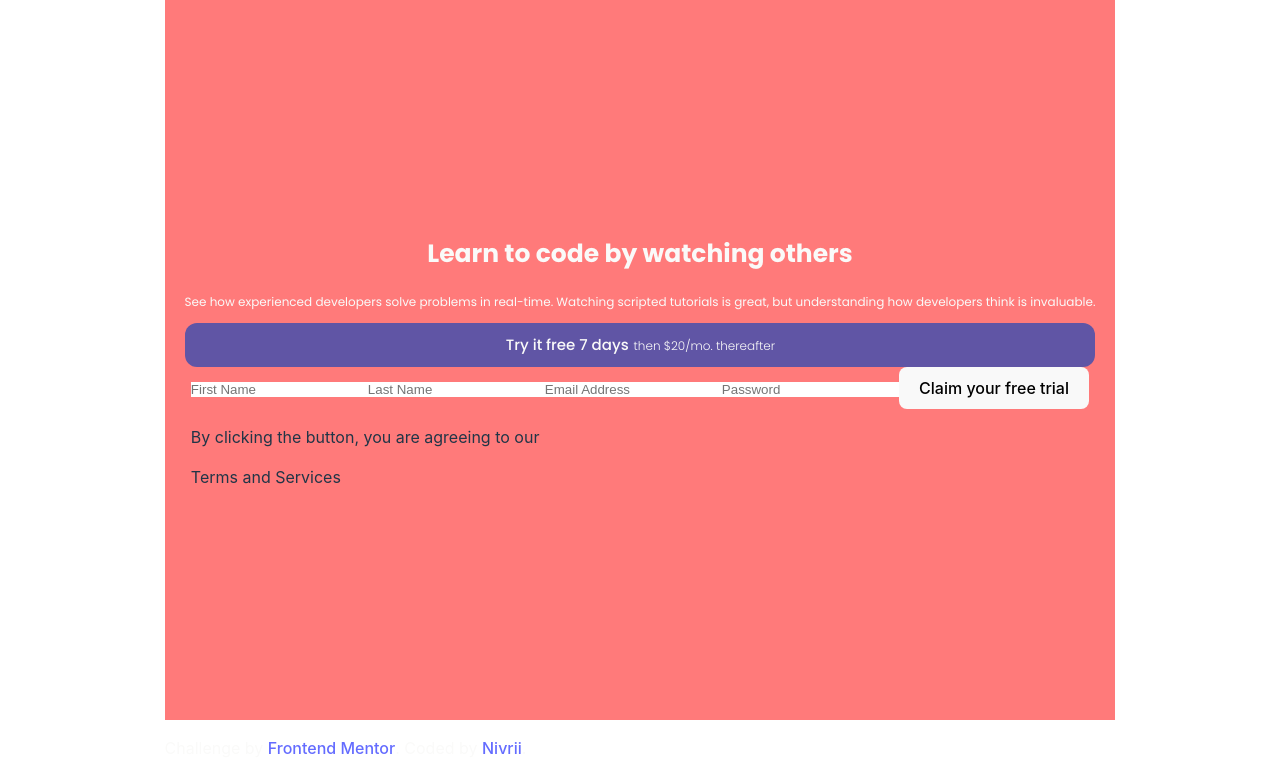
Repository: nivrii/intro-component-with-signup
Page: /
The author's editor kept a copy of each file at every save. The page is drawn from the files as they stood at one save, then again after the next save.
The browser window is 1280 px wide. The pictures show the whole page.
The project was rebuilt for these pictures with package versions that can differ from the ones it lists, and the page was loaded fresh each time. Also part of the build but not shown: vite.config.js.

Above is the page before, as saved 2023-10-11 17:57:54.

After the next save:
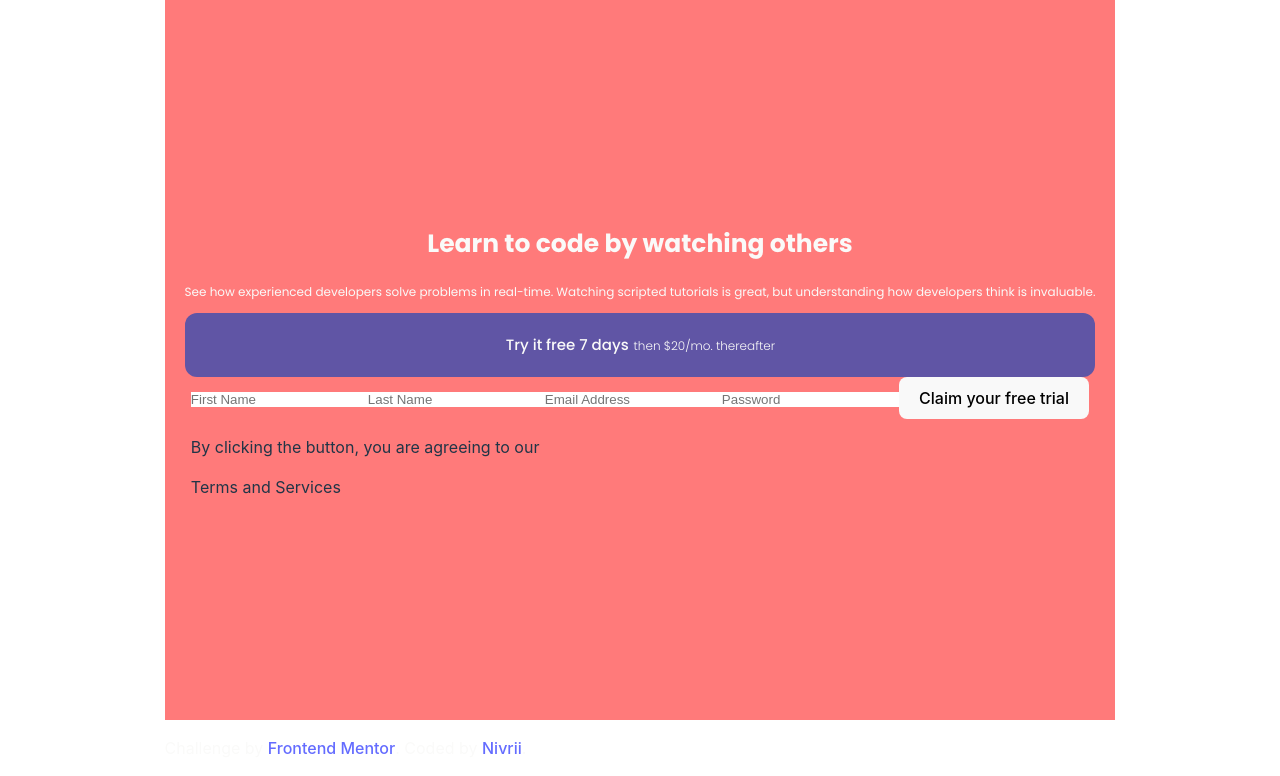
Saved 30 s later.
--- a/src/Card/Card.css
+++ b/src/Card/Card.css
@@ -4,7 +4,7 @@
     width: 100%;
     background-color: var(--blue);
     border-radius: 12px;
-    padding: 10px 70px;
+    padding: 20px 70px;
     & *{
         color: var(--white);
         text-align: center;
